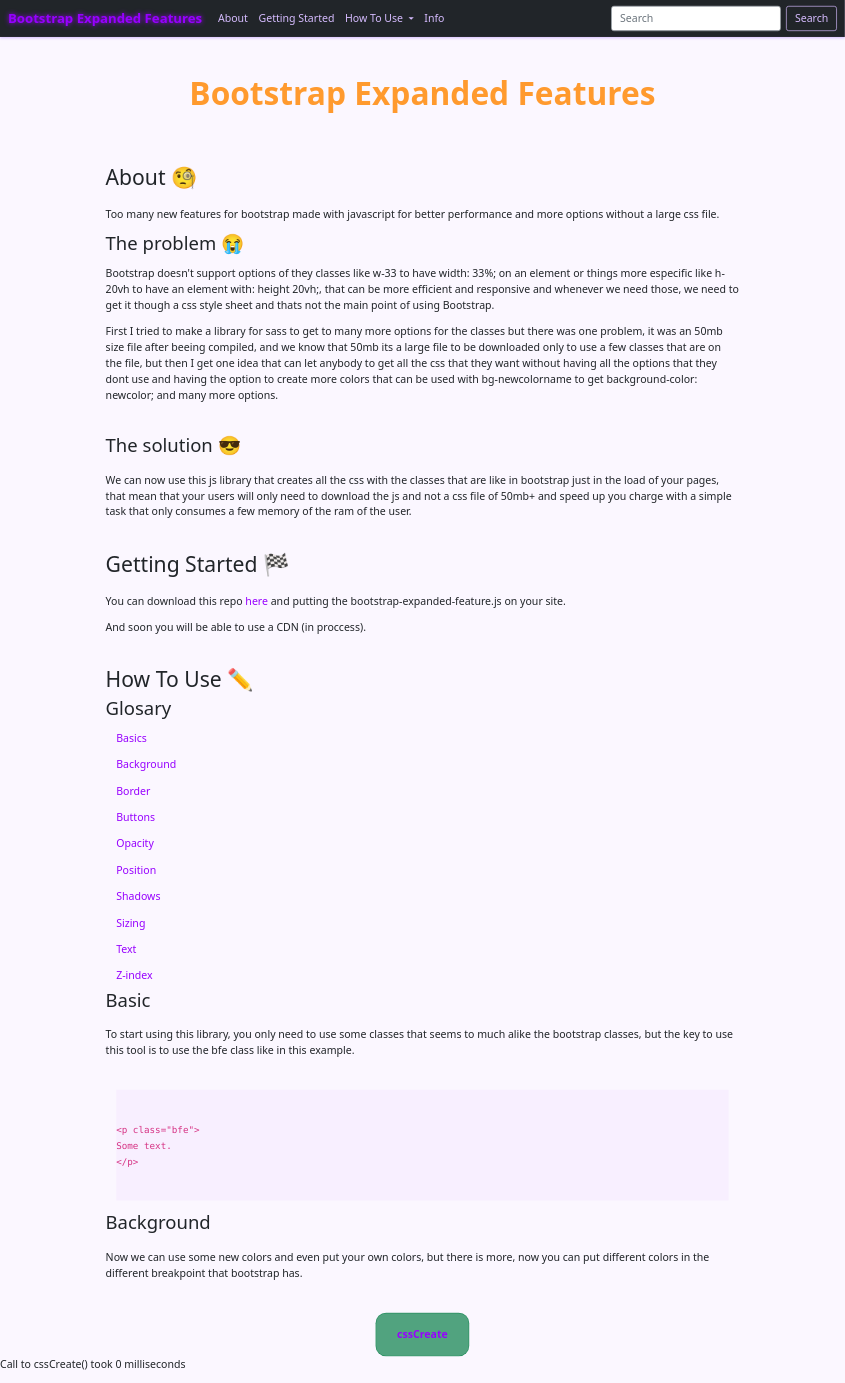
Repository: LynxPardelle/bootstrap-expanded-features
Page: index.html
An editor plug-in stored every save of this project. The page is shown before and after the next save, followed by the edit.
The browser window is 1280 px wide. The pictures show the whole page, at 66% of full size.

Above is the page before, as saved 2022-01-02 05:29:07.

After the next save:
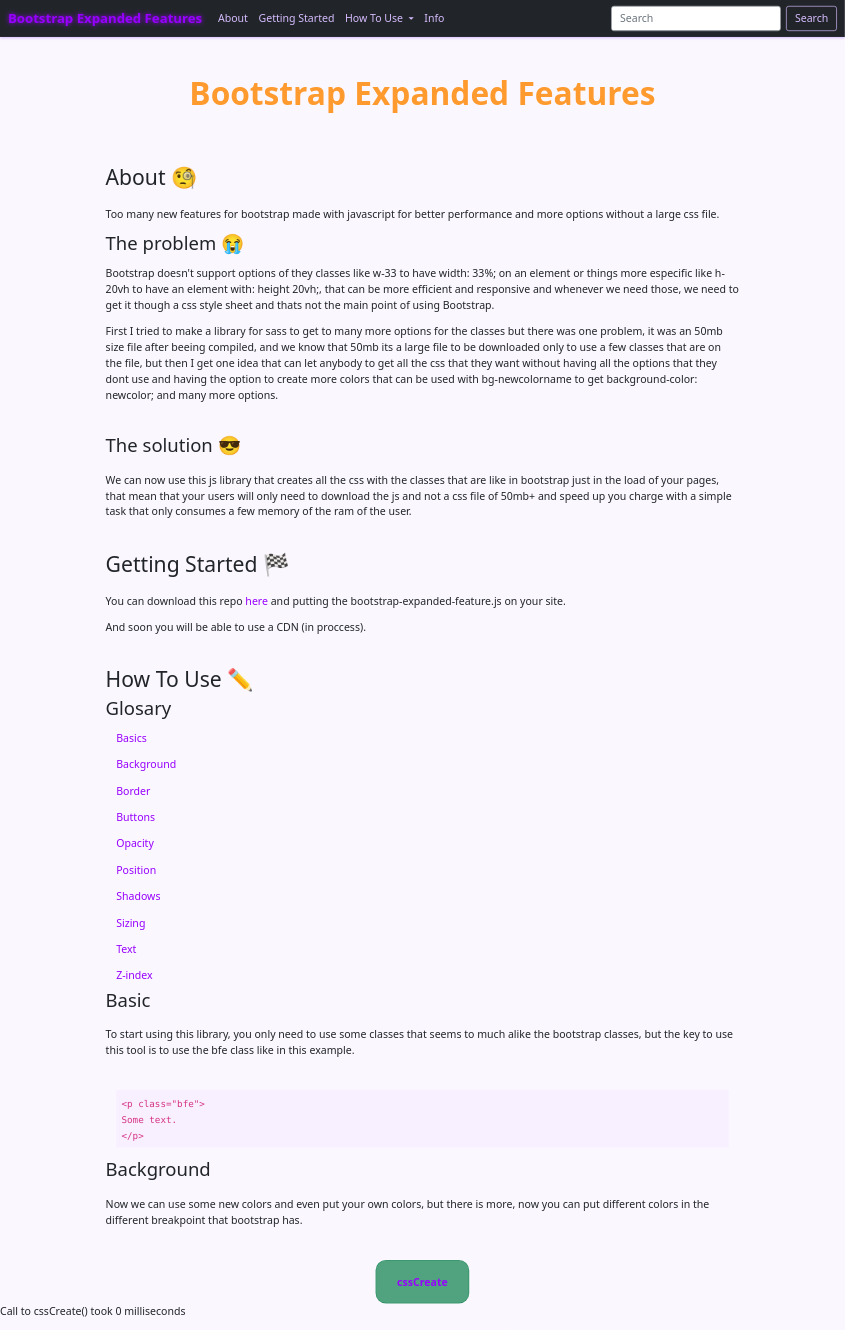
Saved 11 s later.
--- a/index.html
+++ b/index.html
@@ -243,7 +243,7 @@
               that seems to much alike the bootstrap classes, but the key to use
               this tool is to use the bfe class like in this example.
             </p>
-            <p class="py-5 m-3 bef-bg-futurePop__OPA__0_03">
+            <p class="p-2 m-3 bef-bg-futurePop__OPA__0_03">
               <code>
                 &#60;p class="bfe"&#62;
                 <br />
